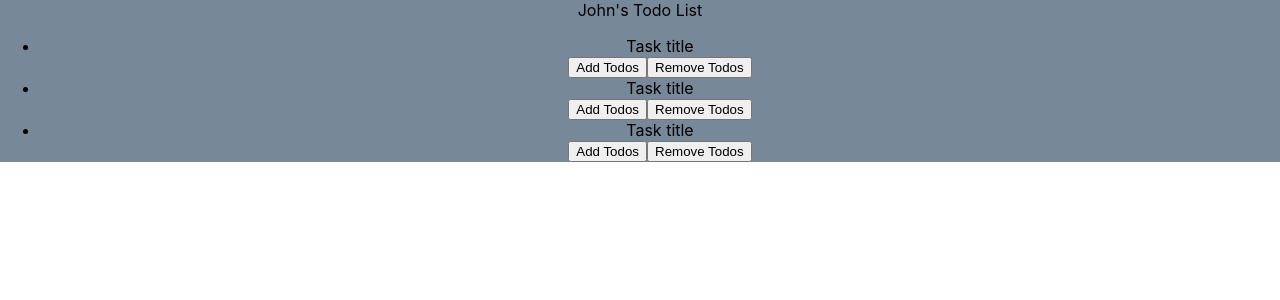
Repository: JohnKang0720/Simple-Todo-List
Page: /
These files come from the project's save history. The page is drawn as it stood at one moment and after the next save; the edit follows.
The browser window is 1280 px wide. The pictures show the whole page.
The project was rebuilt for these pictures with package versions that can differ from the ones it lists, and the page was loaded fresh each time.

Above is the page before, as saved 2021-05-24 20:56:01.

### src/App.js
import logo from './logo.svg';
import './App.css';
import TodoList from './TodoList'
import {taskContext} from './TodoList'
import React, {useContext, useState} from 'react'
import Todoform from './Todoform';


function App() {

  return (
    <TodoList >

    <div className="App">
     John's Todo List
   <Todoform />
    </div>
    </TodoList>

  );
}

export default App;

### src/App.css
.App {
  text-align: center;
}

.App-logo {
  height: 40vmin;
  pointer-events: none;
}

@media (prefers-reduced-motion: no-preference) {
  .App-logo {
    animation: App-logo-spin infinite 20s linear;
  }
}

.App-header {
  background-color: #282c34;
  min-height: 100vh;
  display: flex;
  flex-direction: column;
  align-items: center;
  justify-content: center;
  font-size: calc(10px + 2vmin);
  color: white;
}

.App-link {
  color: #61dafb;
}
.App{
  background: lightslategray;
}

@keyframes App-logo-spin {
  from {
    transform: rotate(0deg);
  }
  to {
    transform: rotate(360deg);
  }
}

### src/TodoList.js
import React, {useState, createContext} from 'react'
import Todoform from './Todoform'

export const taskContext = createContext(null)
const TodoList = (props) => {

 const [input, setInput] = useState([
  {task: "Read", id: 1},
  {task: "Dishes", id: 2},
  {task: "HW", id: 3}
 ])

 return(
    <taskContext.Provider value = {{input}}>
    {props.children}
    </taskContext.Provider>
 )
}

export default TodoList

### src/Todoform.js
import React, {useContext} from 'react'
import {taskContext} from './TodoList'
import List from './List'
function Todoform() {
    const {input} = useContext(taskContext)
    return (

        <ul>
            {input.map((task) => {
            return (
            <List/>
            )
            })}
        </ul>

    )
}

export default Todoform

### src/List.js
import React from 'react'

function List() {
    return (
        <li>
            <span> Task title</span>
            <div>
                <button> Add Todos </button>
                <button> Remove Todos </button>
            </div>
        </li>

    )
}

export default List

Loaded but not shown: public/index.html (common file); src/index.js (common file); src/index.css (common file); src/reportWebVitals.js (common file)

After the next save:
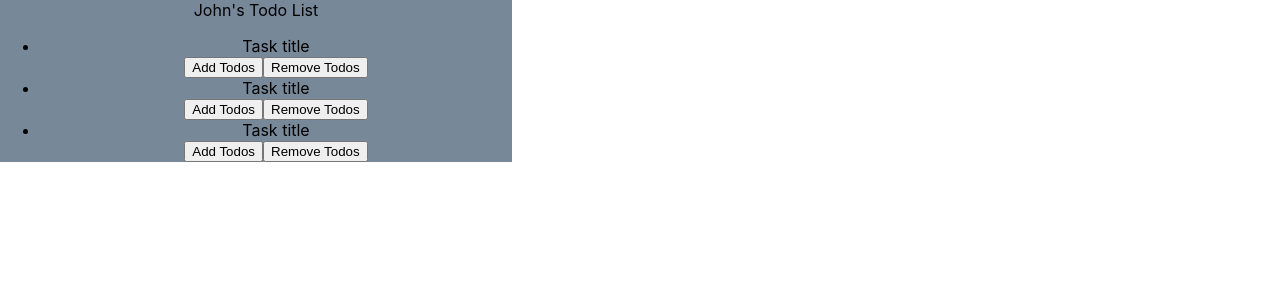
Saved 18 s later.
--- a/src/App.css
+++ b/src/App.css
@@ -29,6 +29,8 @@
 }
 .App{
   background: lightslategray;
+  width: 40%;
+  height: 40%;
 }
 
 @keyframes App-logo-spin {
